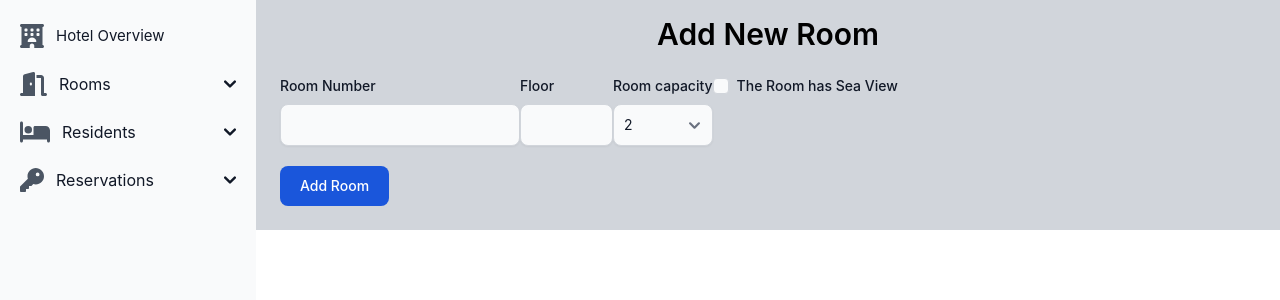
Repository: aggepap/hotelReservationsProj
Page: /rooms/add (app in admin-panel/)
The author's editor kept a copy of each file at every save. The page is drawn from the files as they stood at one save, then again after a run of saves.
The browser window is 1280 px wide. The pictures show the whole page.
The project was rebuilt for these pictures with package versions that can differ from the ones it lists, and the page was loaded fresh each time. Also part of the build but not shown: admin-panel/vite.config.ts, admin-panel/src/views/HomeView.vue.

Above is the page before, as saved 2025-01-19 16:01:44.

### admin-panel/index.html
<!DOCTYPE html>
<html lang="">
  <head>
    <meta charset="UTF-8" />
    <link rel="icon" href="/favicon.ico" />
    <meta name="viewport" content="width=device-width, initial-scale=1.0" />
    <title>Vite App</title>
  </head>
  <body>
    <div id="app"></div>
    <script type="module" src="/src/main.ts"></script>
  </body>
</html>

### admin-panel/src/main.ts
import "./assets/main.css";
import "primeicons/primeicons.css";
import "flowbite";

import { createApp } from "vue";
import App from "./App.vue";
import router from "./router";

const app = createApp(App);

app.use(router);

app.mount("#app");

### admin-panel/src/assets/main.css
@import "./base.css";
@tailwind base;
@tailwind components;
@tailwind utilities;

### admin-panel/src/App.vue
<script setup lang="ts">
import { RouterLink, RouterView } from "vue-router";
import { FontAwesomeIcon } from "@fortawesome/vue-fontawesome";
import { faDoorOpen } from "@fortawesome/free-solid-svg-icons";
import { faHotel } from "@fortawesome/free-solid-svg-icons";
import { faBed } from "@fortawesome/free-solid-svg-icons";
import { faKey } from "@fortawesome/free-solid-svg-icons";
</script>

<template>
  <button
    data-drawer-target="sidebar-multi-level-sidebar"
    data-drawer-toggle="sidebar-multi-level-sidebar"
    aria-controls="sidebar-multi-level-sidebar"
    type="button"
    class="inline-flex items-center p-2 mt-2 ms-3 text-sm text-gray-500 rounded-lg sm:hidden hover:bg-gray-100 focus:outline-none focus:ring-2 focus:ring-gray-200 dark:text-gray-400 dark:hover:bg-gray-700 dark:focus:ring-gray-600"
  >
    <span class="sr-only">Open sidebar</span>
    <svg
      class="w-6 h-6"
      aria-hidden="true"
      fill="currentColor"
      viewBox="0 0 20 20"
      xmlns="http://www.w3.org/2000/svg"
    >
      <path
        clip-rule="evenodd"
        fill-rule="evenodd"
        d="M2 4.75A.75.75 0 012.75 4h14.5a.75.75 0 010 1.5H2.75A.75.75 0 012 4.75zm0 10.5a.75.75 0 01.75-.75h7.5a.75.75 0 010 1.5h-7.5a.75.75 0 01-.75-.75zM2 10a.75.75 0 01.75-.75h14.5a.75.75 0 010 1.5H2.75A.75.75 0 012 10z"
      ></path>
    </svg>
  </button>
  <section class="flex flex-row justify-between items-center">
    <aside
      id="sidebar-multi-level-sidebar"
      class="fixed top-0 left-0 z-40 w-64 h-screen transition-transform -translate-x-full sm:translate-x-0"
      aria-label="Sidebar"
    >
      <div class="h-full px-3 py-4 overflow-y-auto bg-gray-50 dark:bg-gray-800">
        <ul class="space-y-2 font-medium">
          <li>
            <a
              href="#"
              class="flex items-center p-2 text-gray-900 rounded-lg dark:text-white hover:bg-gray-100 dark:hover:bg-gray-700 group"
            >
              <FontAwesomeIcon class="text-gray-600 text-2xl" :icon="faHotel" />
              <span class="ms-3">Hotel Overview</span>
            </a>
          </li>
          <li>
            <button
              type="button"
              class="flex items-center w-full p-2 text-base text-gray-900 transition duration-75 rounded-lg group hover:bg-gray-100 dark:text-white dark:hover:bg-gray-700"
              aria-controls="dropdown-rooms"
              data-collapse-toggle="dropdown-rooms"
            >
              <FontAwesomeIcon
                class="text-gray-600 text-2xl"
                :icon="faDoorOpen"
              />

              <span
                class="flex-1 ms-3 text-left rtl:text-right whitespace-nowrap"
                >Rooms</span
              >
              <svg
                class="w-3 h-3"
                aria-hidden="true"
                xmlns="http://www.w3.org/2000/svg"
                fill="none"
                viewBox="0 0 10 6"
              >
                <path
                  stroke="currentColor"
                  stroke-linecap="round"
                  stroke-linejoin="round"
                  stroke-width="2"
                  d="m1 1 4 4 4-4"
                />
              </svg>
            </button>
            <ul id="dropdown-rooms" class="hidden py-2 space-y-2">
              <li>
                <RouterLink
                  to="/rooms/add"
                  class="flex justify-start gap-2 items-start w-full p-2 text-gray-900 transition duration-75 rounded-lg pl-11 group hover:bg-gray-100 dark:text-white dark:hover:bg-gray-700"
                >
                  <i class="pi pi-plus pt-1"></i> Add new Room</RouterLink
                >
              </li>
            </ul>
          </li>
          <li>
            <button
              type="button"
              class="flex items-center w-full p-2 text-base text-gray-900 transition duration-75 rounded-lg group hover:bg-gray-100 dark:text-white dark:hover:bg-gray-700"
              aria-controls="dropdown-residents"
              data-collapse-toggle="dropdown-residents"
            >
              <FontAwesomeIcon class="text-gray-600 text-2xl" :icon="faBed" />

              <span
                class="flex-1 ms-3 text-left rtl:text-right whitespace-nowrap"
                >Residents</span
              >
              <svg
                class="w-3 h-3"
                aria-hidden="true"
                xmlns="http://www.w3.org/2000/svg"
                fill="none"
                viewBox="0 0 10 6"
              >
                <path
                  stroke="currentColor"
                  stroke-linecap="round"
                  stroke-linejoin="round"
                  stroke-width="2"
                  d="m1 1 4 4 4-4"
                />
              </svg>
            </button>
            <ul id="dropdown-residents" class="hidden py-2 space-y-2">
              <li>
                <a
                  href="#"
                  class="flex justify-start gap-2 items-start w-full p-2 text-gray-900 transition duration-75 rounded-lg pl-11 group hover:bg-gray-100 dark:text-white dark:hover:bg-gray-700"
                >
                  <i class="pi pi-plus pt-1"></i> Add a Resident</a
                >
              </li>
            </ul>
          </li>
          <li>
            <button
              type="button"
              class="flex items-center w-full p-2 text-base text-gray-900 transition duration-75 rounded-lg group hover:bg-gray-100 dark:text-white dark:hover:bg-gray-700"
              aria-controls="dropdown-reservations"
              data-collapse-toggle="dropdown-reservations"
            >
              <FontAwesomeIcon class="text-gray-600 text-2xl" :icon="faKey" />

              <span
                class="flex-1 ms-3 text-left rtl:text-right whitespace-nowrap"
                >Reservations</span
              >
              <svg
                class="w-3 h-3"
                aria-hidden="true"
                xmlns="http://www.w3.org/2000/svg"
                fill="none"
                viewBox="0 0 10 6"
              >
                <path
                  stroke="currentColor"
                  stroke-linecap="round"
                  stroke-linejoin="round"
                  stroke-width="2"
                  d="m1 1 4 4 4-4"
                />
              </svg>
            </button>
            <ul id="dropdown-reservations" class="hidden py-2 space-y-2">
              <li>
                <a
                  href="#"
                  class="flex justify-start gap-2 items-start w-full p-2 text-gray-900 transition duration-75 rounded-lg pl-11 group hover:bg-gray-100 dark:text-white dark:hover:bg-gray-700"
                >
                  <i class="pi pi-plus pt-1"></i> Add a Reservation</a
                >
              </li>
            </ul>
          </li>
        </ul>
      </div>
    </aside>

    <main class="flex items-start h-screen w-full pl-64">
      <div class="mx-auto w-full md:p-6 bg-gray-300 pt-12">
        <RouterView />
      </div>
    </main>
  </section>
</template>

### admin-panel/src/router/index.ts
import { createRouter, createWebHistory } from "vue-router";
import HomeView from "../views/HomeView.vue";
import AddRoomView from "@/views/roomviews/AddRoomView.vue";

const router = createRouter({
  history: createWebHistory(import.meta.env.BASE_URL),
  routes: [
    {
      path: "/",
      name: "home",
      component: HomeView,
    },
    {
      path: "/rooms/add",
      name: "addRoom",
      component: AddRoomView,
    },
    {
      path: "/about",
      name: "about",
      // route level code-splitting
      // this generates a separate chunk (About.[hash].js) for this route
      // which is lazy-loaded when the route is visited.
      component: () => import("../views/AboutView.vue"),
    },
  ],
});

export default router;

### admin-panel/src/views/roomviews/AddRoomView.vue
<script setup></script>

<template>
  <h2 class="text-black text-3xl text-center leading-5 font-semibold mb-8">
    Add New Room
  </h2>
  <form class="w-full mx-auto">
    <div class="flex">
      <div class="mb-5">
        <label
          for="newRoomNumber"
          class="block mb-2 text-sm font-medium text-gray-900 dark:text-white"
          >Room Number</label
        >
        <input
          type="number"
          id="newRoomNumber"
          class="shadow-sm bg-gray-50 border border-gray-300 text-gray-900 text-sm rounded-lg focus:ring-blue-500 focus:border-blue-500 block w-full p-2.5 dark:bg-gray-700 dark:border-gray-600 dark:placeholder-gray-400 dark:text-white dark:focus:ring-blue-500 dark:focus:border-blue-500 dark:shadow-sm-light"
          min="1"
          required
        />
      </div>
      <div class="mb-5">
        <label
          for="floorNumber"
          class="block mb-2 text-sm font-medium text-gray-900 dark:text-white"
          >Floor</label
        >
        <input
          type="number"
          id="floorNumber"
          class="shadow-sm bg-gray-50 border border-gray-300 text-gray-900 text-sm rounded-lg focus:ring-blue-500 focus:border-blue-500 block w-full p-2.5 dark:bg-gray-700 dark:border-gray-600 dark:placeholder-gray-400 dark:text-white dark:focus:ring-blue-500 dark:focus:border-blue-500 dark:shadow-sm-light"
          min="1"
          max="15"
          required
        />
      </div>
      <div class="mb-5">
        <label
          for="repeat-password"
          class="block mb-2 text-sm font-medium text-gray-900 dark:text-white"
          >Room capacity</label
        >
        <select
          id="roomCapacity"
          class="shadow-sm bg-gray-50 border border-gray-300 text-gray-900 text-sm rounded-lg focus:ring-blue-500 focus:border-blue-500 block w-full p-2.5 dark:bg-gray-700 dark:border-gray-600 dark:placeholder-gray-400 dark:text-white dark:focus:ring-blue-500 dark:focus:border-blue-500 dark:shadow-sm-light"
          required
        >
          <option value="double">2</option>
          <option value="triple">3</option>
          <option value="family">4</option>
        </select>
      </div>
      <div class="flex items-start mb-5">
        <div class="flex items-center h-5">
          <input
            id="hasSeaview"
            type="checkbox"
            value=""
            class="w-4 h-4 border border-gray-300 rounded bg-gray-50 focus:ring-3 focus:ring-blue-300 dark:bg-gray-700 dark:border-gray-600 dark:focus:ring-blue-600 dark:ring-offset-gray-800 dark:focus:ring-offset-gray-800"
            required
          />
        </div>
        <label
          for="terms"
          class="ms-2 text-sm font-medium text-gray-900 dark:text-gray-300"
          >The Room has Sea View</label
        >
      </div>
    </div>
    <button
      type="submit"
      class="text-white bg-blue-700 hover:bg-blue-800 focus:ring-4 focus:outline-none focus:ring-blue-300 font-medium rounded-lg text-sm px-5 py-2.5 text-center dark:bg-blue-600 dark:hover:bg-blue-700 dark:focus:ring-blue-800"
    >
      Add Room
    </button>
  </form>
</template>

### admin-panel/tailwind.config.js
/** @type {import('tailwindcss').Config} */
export default {
  content: [
    "./index.html",
    "./src/**/*.{vue,js,ts,jsx,tsx}",
    "./node_modules/flowbite/**/*.js",
  ],
  theme: {
    extend: {},
  },
  plugins: [require("flowbite/plugin")],
};

Loaded but not shown: admin-panel/src/assets/base.css (common file)

After the next 2 saves:
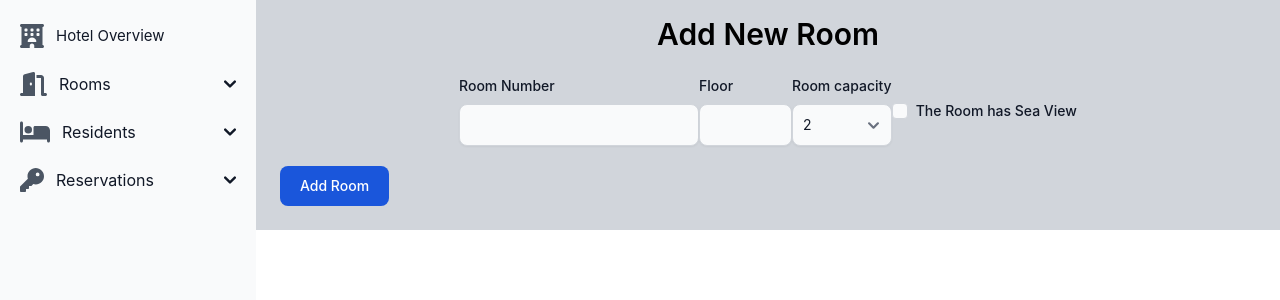
The 2 saves are shown as one change because they came seconds apart.
The last was saved 21 s later.
--- a/admin-panel/src/views/roomviews/AddRoomView.vue
+++ b/admin-panel/src/views/roomviews/AddRoomView.vue
@@ -5,7 +5,7 @@
     Add New Room
   </h2>
   <form class="w-full mx-auto">
-    <div class="flex">
+    <div class="flex items-center justify-center">
       <div class="mb-5">
         <label
           for="newRoomNumber"
